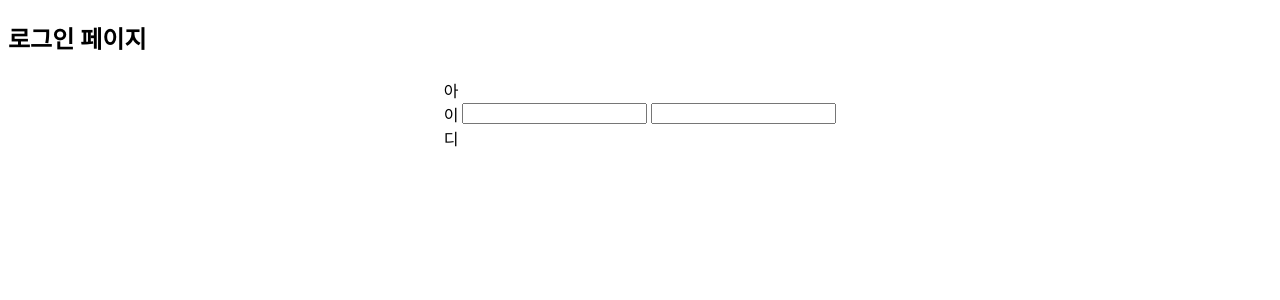
Repository: SuperHamzzi/JSPStudy
Page: http://localhost/JSP01/RequestLogin.jsp
The author's editor kept a copy of each file at every save. The page is drawn from the files as they stood at one save, then again after the next save.
The browser window is 1280 px wide. The pictures show the whole page.
The page is served by Tomcat 9.

Above is the page before, as saved 2023-06-04 08:25:18.

### JSP01/WebContent/RequestLogin.jsp
<%@ page language="java" contentType="text/html; charset=EUC-KR"
    pageEncoding="EUC-KR"%>
<!DOCTYPE html>
<html>
<head>
<meta charset="EUC-KR">
<title>Insert title here</title>
</head>
<body>

	<h2> 로그인 페이지 </h2>
	<center>
	<form action="RequestLoginProc.jsp" method="get">
	<table width="300">
	<tr height="60">
		<td align="center" width="150"> 아이디</td>
		<td align="left" width="250">
			<input type="text" name="id">
		</td>
		<td align="left" width="250">
			<input type="text" name="id">
		</td>

	</table>

	</form>
	</center>

</body>
</html>

After the next save:
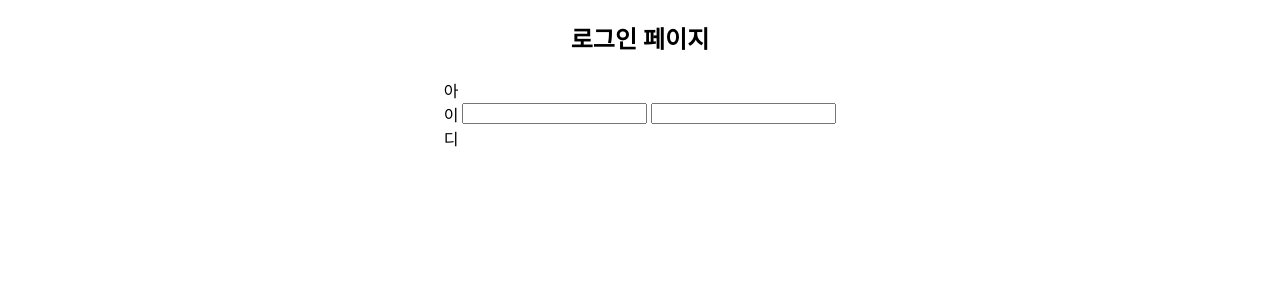
Saved 5 s later.
--- a/JSP01/WebContent/RequestLogin.jsp
+++ b/JSP01/WebContent/RequestLogin.jsp
@@ -8,8 +8,8 @@
 </head>
 <body>
 
+	<center>
 	<h2> 로그인 페이지 </h2>
-	<center>
 	<form action="RequestLoginProc.jsp" method="get">
 	<table width="300">
 	<tr height="60">
